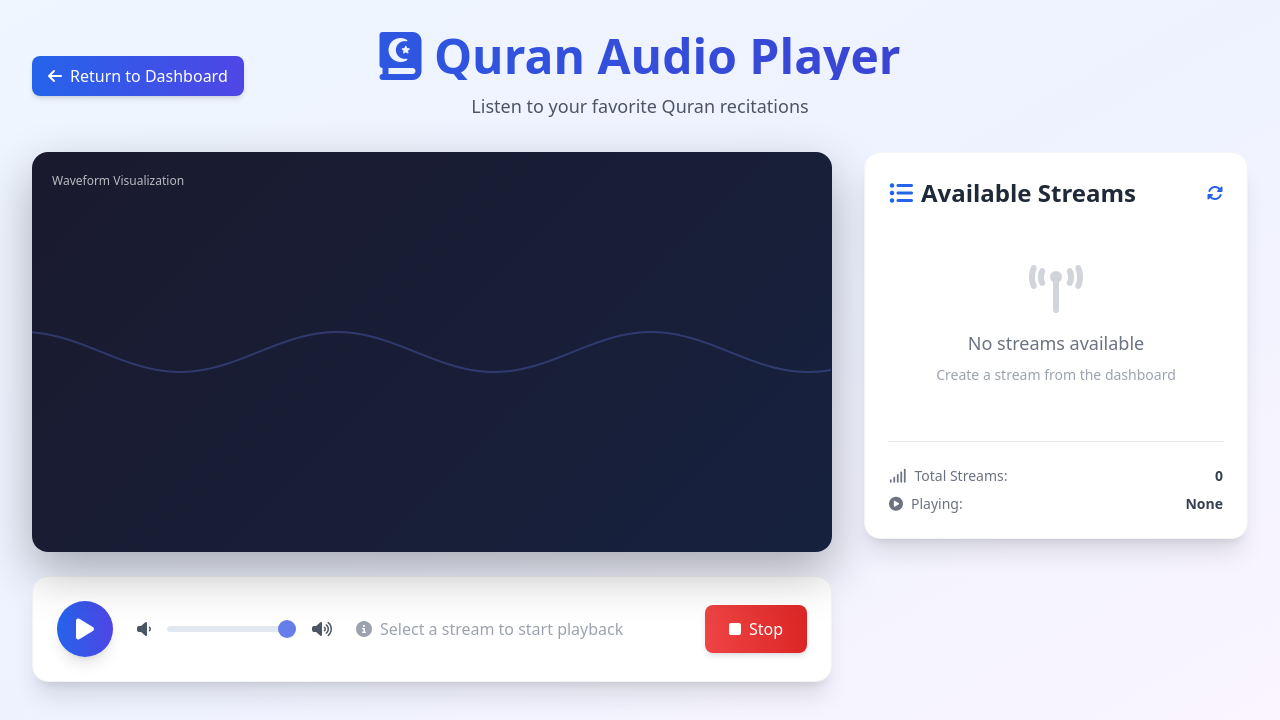
Repository: Anubis2001/quran-live-m3u8
Page: public/player.html
The author's editor kept a copy of each file at every save. The page is drawn from the files as they stood at one save, then again after the next save.
The browser window is 1280 px wide. The pictures show the whole page.
The page's requests for data from a server got no answer. Some web libraries are served in a nearby version.

Above is the page before, as saved 2026-04-03 20:40:44.

After the next save:
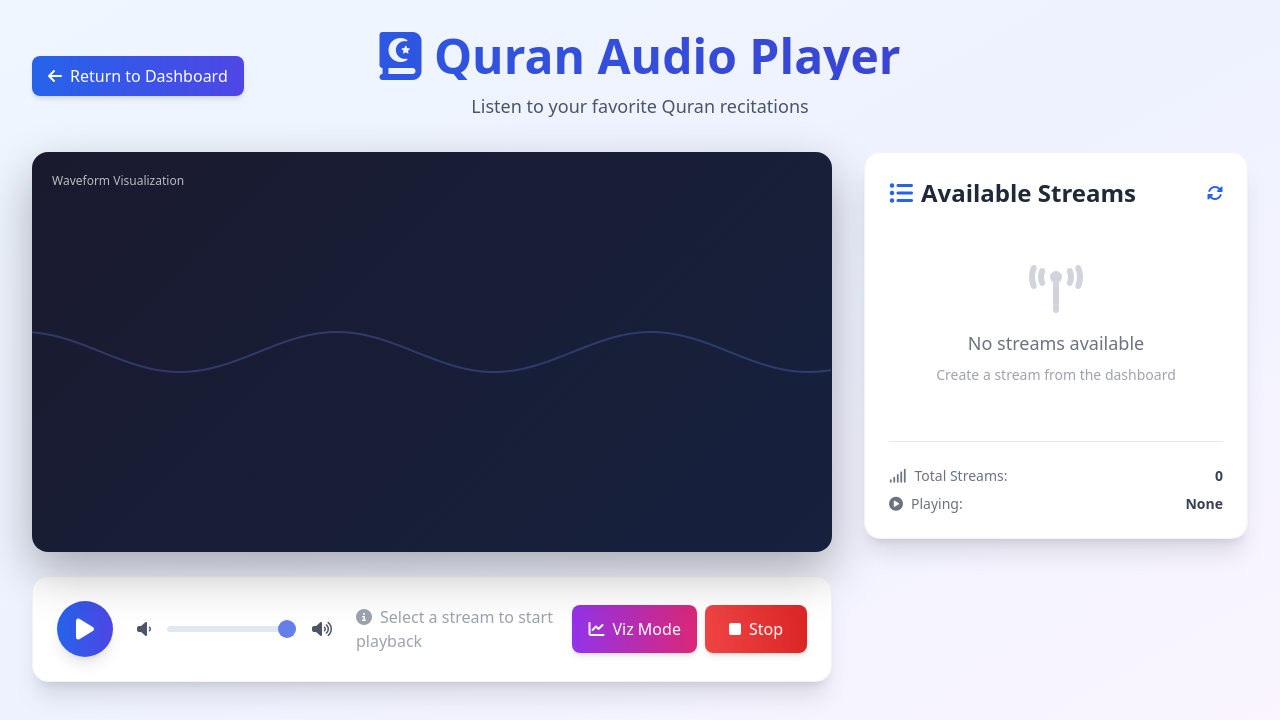
Saved 15 s later.
--- a/public/player.html
+++ b/public/player.html
@@ -248,6 +248,9 @@
 
           <!-- Additional Controls -->
           <div class="flex items-center gap-2">
+            <button onclick="cycleVisualizerMode()" class="btn-control bg-gradient-to-r from-purple-600 to-pink-600 hover:from-purple-700 hover:to-pink-700 text-white px-4 py-3 rounded-lg shadow-md transition-all font-medium" title="Change Visualization Mode">
+              <i class="fas fa-chart-line mr-2"></i>Viz Mode
+            </button>
             <button onclick="stopPlayback()" class="btn-control bg-gradient-to-r from-red-500 to-red-600 hover:from-red-600 hover:to-red-700 text-white px-6 py-3 rounded-lg shadow-md transition-all font-medium" title="Stop Playback">
               <i class="fas fa-stop mr-2"></i>Stop
             </button>
